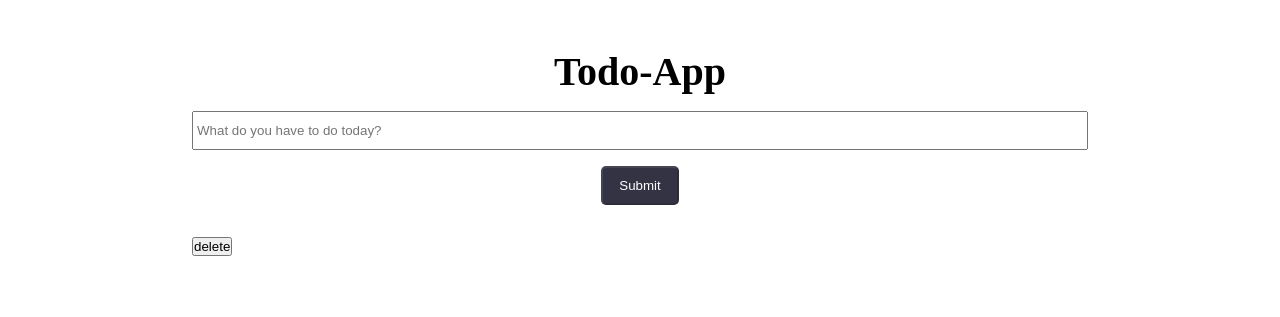
Repository: Achorn/todo-app
Page: /, after clicking the first element matching `button.btn`
An editor plug-in stored every save of this project. The page is shown before and after the next save, followed by the edit.
The browser window is 1280 px wide. The pictures show the whole page.
The page's requests for data from a server got no answer. The project was rebuilt for these pictures with package versions that can differ from the ones it lists, and the page was loaded fresh each time. No one was signed in, and anything a server would have sent is missing.

Above is the page before, as saved 2023-05-25 16:32:08.

### src/index.js
import React from "react";
import ReactDOM from "react-dom/client";
// import './index.css';
// import App from "./App";
import reportWebVitals from "./reportWebVitals";
import Todo from "./components/Todo";

const root = ReactDOM.createRoot(document.getElementById("root"));
root.render(
  <React.StrictMode>
    <Todo />
  </React.StrictMode>
);

// If you want to start measuring performance in your app, pass a function
// to log results (for example: reportWebVitals(console.log))
// or send to an analytics endpoint. Learn more: https://bit.ly/CRA-vitals
reportWebVitals();

### src/components/Todo.js
import React, { useState, useEffect } from "react";
import "../App.css";
import {
  collection,
  addDoc,
  query,
  onSnapshot,
  deleteDoc,
  doc,
} from "firebase/firestore";
import { db } from "../firebase";

const Todo = () => {
  const [todo, setTodo] = useState("");
  const [todos, setTodos] = useState([]);
  const [loadingPost, setIsLoadingPost] = useState(false);

  const addTodo = async (e) => {
    // prevent a browser reload/refresh
    e.preventDefault();
    setIsLoadingPost(true);
    try {
      var d = new Date(Date.now());
      console.log("date:", d.toString());
      const docRef = await addDoc(collection(db, "todos"), {
        todo: todo,
        date: d,
      });
      console.log("Document written with ID: ", docRef.id);
      setIsLoadingPost(false);
    } catch (e) {
      console.error("Error adding document: ", e);
      setIsLoadingPost(false);
    }
  };

  const removeTodo = async (e, todo) => {
    e.preventDefault();
    console.log("deleting", todo.key);
    try {
      await deleteDoc(doc(db, "todos", todo.key));
      console.log("Deleted?");
      setIsLoadingPost(false);
    } catch (error) {
      console.error("Error removing document: ", e);
    }
    console.log("clicked delete");
  };

  useEffect(() => {
    let unsubscribe;
    try {
      const q = query(collection(db, "todos"));
      unsubscribe = onSnapshot(q, (querySnapshot) => {
        const newData = querySnapshot.docs.map((doc) => ({
          ...doc.data(),
          key: doc.id,
        }));
        setTodos(newData);
        console.log("Todos: ", newData.join(", "));
      });
    } catch (error) {
      console.log(error);
    }
    return () => unsubscribe();
  }, []);

  return (
    <section className="todo-container">
      <div className="todo">
        <h1 className="header">Todo-App</h1>

        <div>
          <div>
            <input
              type="text"
              placeholder="What do you have to do today?"
              onChange={(e) => setTodo(e.target.value)}
            />
          </div>

          <div className="btn-container">
            <button
              type="submit"
              className="btn"
              onClick={addTodo}
              disabled={loadingPost}
            >
              Submit
            </button>
          </div>
        </div>

        <div className="todo-content">
          {todos?.map((todo, i) => (
            <div>
              <h2 key={i}>{todo.todo}</h2>
              <h3>{todo.date.toDate().toString}</h3>

              <button onClick={(e) => removeTodo(e, todo)}>delete</button>
            </div>
          ))}
        </div>
      </div>
    </section>
  );
};

export default Todo;

### src/App.css
* {
  padding: 0;
  margin: 0;
  box-sizing: border-box;
}
.todo-container {
  display: flex;
  justify-content: center;
  align-items: center;
}

.todo {
  width: 70%;
  margin: 3rem auto 0 auto;
}

.header {
  font-size: 2.5rem;
  margin-bottom: 1rem;
  text-align: center;
}

input {
  padding: 10px 3px;
  width: 100%;
}

.btn-container {
  display: flex;
  justify-content: center;
  align-items: center;
  margin-top: 1rem;
}

.btn {
  padding: 10px 1rem;
  background: #334;
  color: white;
  border-radius: 5px;
  cursor: pointer;
}

.todo-content {
  margin-top: 2rem;
}

### src/firebase.js
import { initializeApp } from "firebase/app";
// import { getStorage } from "firebase/storage";
import { getFirestore } from "firebase/firestore";

const firebaseConfig = {
  apiKey: "AIzaSyDp4Yius1SpU7EqhZUvxSDdzioza1LvIwY",
  authDomain: "todo-app-61d1b.firebaseapp.com",
  projectId: "todo-app-61d1b",
  storageBucket: "todo-app-61d1b.appspot.com",
  messagingSenderId: "542505815221",
  appId: "1:542505815221:web:f99344d2f74e2a9d1e02fc",
};

const app = initializeApp(firebaseConfig);
const db = getFirestore(app);
// const storage = getStorage(app);
//Initialize Firestore
export { db };

Loaded but not shown: public/index.html (common file); src/reportWebVitals.js (common file)

After the next save:
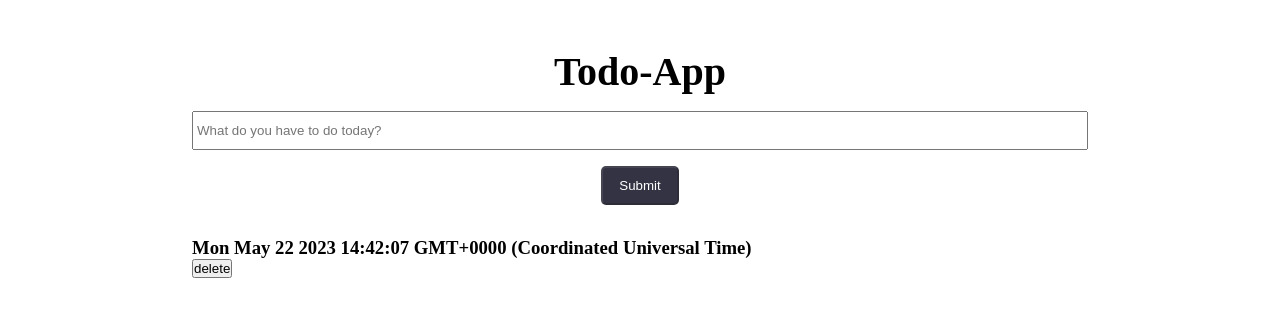
Saved 18 s later.
--- a/src/components/Todo.js
+++ b/src/components/Todo.js
@@ -95,7 +95,7 @@ const Todo = () => {
           {todos?.map((todo, i) => (
             <div>
               <h2 key={i}>{todo.todo}</h2>
-              <h3>{todo.date.toDate().toString}</h3>
+              <h3>{todo.date.toDate().toString()}</h3>
 
               <button onClick={(e) => removeTodo(e, todo)}>delete</button>
             </div>
